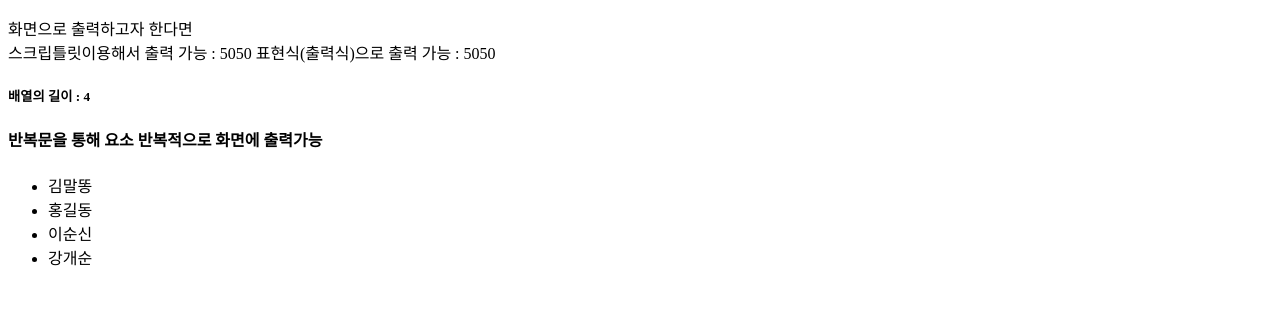
Repository: pje00427/webserver_workspace1
Page: http://localhost/2_JSP/views/01_ScriptingElement.jsp
An editor plug-in stored every save of this project. The page is shown before and after the next save, followed by the edit.
The browser window is 1280 px wide. The pictures show the whole page.
The page is served by Tomcat 9.

Above is the page before, as saved 2020-08-31 02:31:29.

### 2_JSP/WebContent/views/01_ScriptingElement.jsp
<%@ page language="java" contentType="text/html; charset=UTF-8"
    pageEncoding="UTF-8"%>
<!DOCTYPE html>
<html>
<head>
<meta charset="UTF-8">
<title>Insert title here</title>
</head>
<body>
	<!-- HTML 주석 : 개발자도구 탭에 노출됨 -->
	<%-- JSP 주석 : 개발자도구 탭에 노출 안됨 --%>

	<% // 스크립틀릿 : 이안에 일반적인 자바 코드 작성가능 (변수 선언 및 초기화 제어문 등등 ..)
		int sum = 0;

		for(int i=1; i<=100; i++){
			sum += i;
		}

		System.out.println("덧셈끝! 결과 : " + sum);
	%>

	<p>
		화면으로 출력하고자 한다면 <br>
		스크립틀릿이용해서 출력 가능  : <% out.println(sum); %>
		표현식(출력식)으로 출력 가능 : <%= sum %>
	</p>


	<%
		String[] name = {"김말똥", "홍길동", "이순신", "강개순"};
	%>

	<h5>배열의 길이 : <%= name.length %></h5>
	<h4>반복문을 통해 요소 반복적으로 화면에 출력가능</h4>

	<ul>
		<%--
		<% for(int i=0; i<name.length; i++){ %>
			<li><%= name[i] %></li>
		<%} %>
		--%>

		<% for(String str : name){ %>
			<li><%= str %></li>
		<% } %>
	</ul>
</body>
</html>

After the next save:
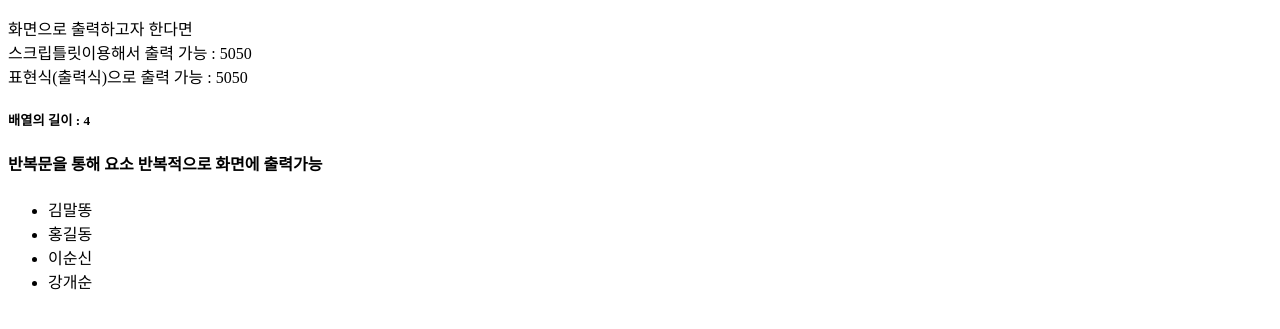
Saved 2 min 26 s later.
--- a/2_JSP/WebContent/views/01_ScriptingElement.jsp
+++ b/2_JSP/WebContent/views/01_ScriptingElement.jsp
@@ -22,7 +22,7 @@
 
 	<p>
 		화면으로 출력하고자 한다면 <br>
-		스크립틀릿이용해서 출력 가능  : <% out.println(sum); %>
+		스크립틀릿이용해서 출력 가능  : <% out.println(sum); %><br>
 		표현식(출력식)으로 출력 가능 : <%= sum %>
 	</p>
 
